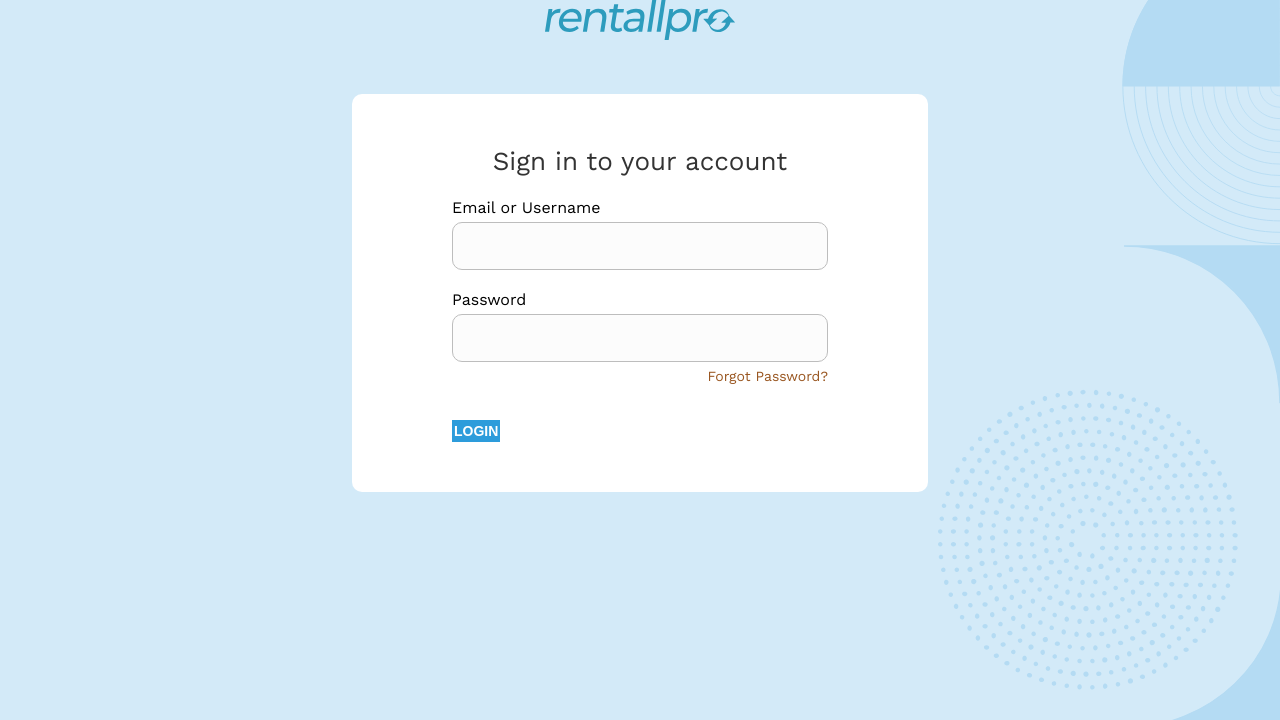
Repository: RentallPro/rentallpro-frontend
Page: /
An editor plug-in stored every save of this project. The page is shown before and after the next save, followed by the edit.
The browser window is 1280 px wide. The pictures show the whole page.
The project was rebuilt for these pictures with package versions that can differ from the ones it lists, and the page was loaded fresh each time.

Above is the page before, as saved 2020-12-09 10:56:06.

### public/index.html
<!DOCTYPE html>
<html lang="en">
  <head>
    <meta charset="utf-8">
    <meta http-equiv="X-UA-Compatible" content="IE=edge">
    <meta name="viewport" content="width=device-width,initial-scale=1.0">
    <link rel="icon" href="<%= BASE_URL %>favicon.ico">
    <link href="https://fonts.googleapis.com/css?family=Work+Sans&display=swap" rel="stylesheet">
    <title><%= htmlWebpackPlugin.options.title %></title>
  </head>
  <body>
    <noscript>
      <strong>We're sorry but <%= htmlWebpackPlugin.options.title %> doesn't work properly without JavaScript enabled. Please enable it to continue.</strong>
    </noscript>
    <div id="app"></div>
    <!-- built files will be auto injected -->
  </body>
</html>

### src/App.vue
<template>
  <div id="app">
    <router-view/>
  </div>
</template>

<style lang="scss">
* {
  margin: 0;
  padding: 0;
  box-sizing: border-box;
}
#app {
  font-family: 'Work Sans', sans-serif;
}
</style>

### src/router/index.js
import Vue from 'vue'
import VueRouter from 'vue-router'
import Home from '../views/Home/Home.vue'

Vue.use(VueRouter)

const routes = [
  {
    path: '/',
    name: 'Home',
    component: Home
  },
  {
    path: '/about',
    name: 'About',
    // route level code-splitting
    // this generates a separate chunk (about.[hash].js) for this route
    // which is lazy-loaded when the route is visited.
    component: () => import(/* webpackChunkName: "about" */ '../views/About.vue')
  }
]

const router = new VueRouter({
  mode: 'history',
  base: process.env.BASE_URL,
  routes
})

export default router

### src/views/Home/Home.vue
<template>
  <div class="home">
    <div class="form-container">
      <div class="logo"><img src="@/assets/logo.svg" alt="logo"></div>
      <div class="form-wrapper">
        <h3 class="form-title">Sign in to your account</h3>
        <div class="input">
          <label for="Email">Email or Username</label>
          <input type="text">
        </div>
        <div class="input">
          <label for="password">Password</label>
          <input type="password">
          <p>Forgot Password?</p>
        </div>
        <button class="login-button">
          LOGIN
        </button>
        <div class="social-buttons">

        </div>
      </div>
    </div>
  </div>
</template>

<script>
// @ is an alias to /src

export default {
  name: 'Home',
  components: {
  }
}
</script>

<style lang="scss" src="./Home.scss" scoped></style>

### src/views/Home/Home.scss
.home {
    background: #D3EAF8;
    background-image: url(../../assets/Patern.svg);
    background-repeat: no-repeat;
    background-position-y: top;
    background-position-x: right;
    width: 100vw;
    height: 100vh;
    .form-container {
        width: 45%;
        display: block;
        margin: auto;
        .button {
            height: 48px;
            width: 100%;
            border-radius: 5px;
        }
        .logo {
            text-align: center;
        }
        .form-wrapper {
            width: 100%;
            padding: 50px 100px;
            background: #FFFFFF;
            border-radius: 10px;
            margin-top: 50px;
            .form-title {
                font-style: normal;
                font-weight: 500;
                font-size: 26px;
                line-height: 34px;
                color: #333333;
                text-align: center;
            }
            .input {
                display: flex;
                flex-direction: column;
                margin-top: 20px;
                input {
                    height: 48px;
                    background: #FCFCFC;
                    border: 1px solid #BDBDBD;
                    border-radius: 10px;
                    margin-top: 5px;
                }
                p {
                    font-weight: normal;
                    font-size: 14px;
                    line-height: 18px;
                    color: #995620;
                    text-align: right;
                    margin-top: 5px;
                }
            }
            .login-button {

                background: #2D9CDB;

                border: 2px solid #2D9CDB;
                font-style: normal;
                font-weight: bold;
                font-size: 14px;
                line-height: 18px;
                color: #FFFFFF;
                margin-top: 35px;
            }
        }
    }
}

Loaded but not shown: src/main.js (common file); src/store/index.js (common file)

After the next save:
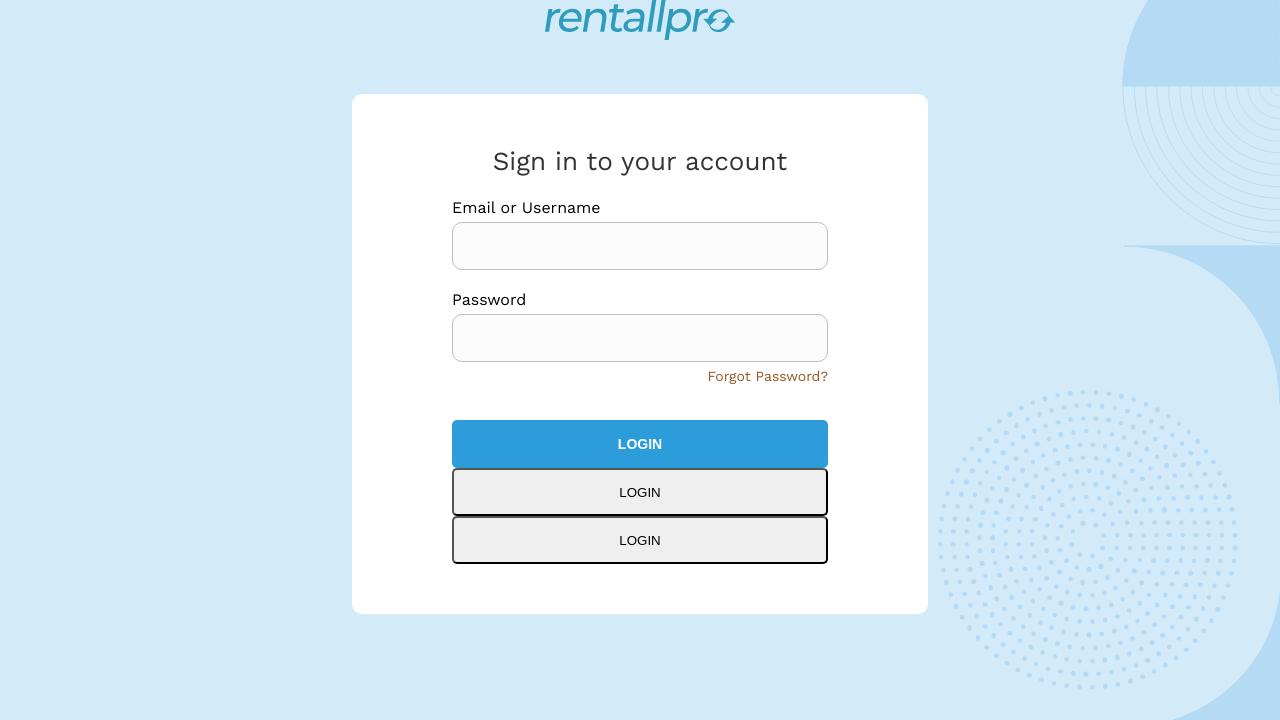
Saved 28 s later.
--- a/src/views/Home/Home.vue
+++ b/src/views/Home/Home.vue
@@ -13,11 +13,16 @@
           <input type="password">
           <p>Forgot Password?</p>
         </div>
-        <button class="login-button">
+        <button class="login-button button">
           LOGIN
         </button>
         <div class="social-buttons">
-
+          <button class="google-button button">
+            LOGIN
+          </button>
+          <button class="facebook-button button">
+            LOGIN
+          </button>
         </div>
       </div>
     </div>
